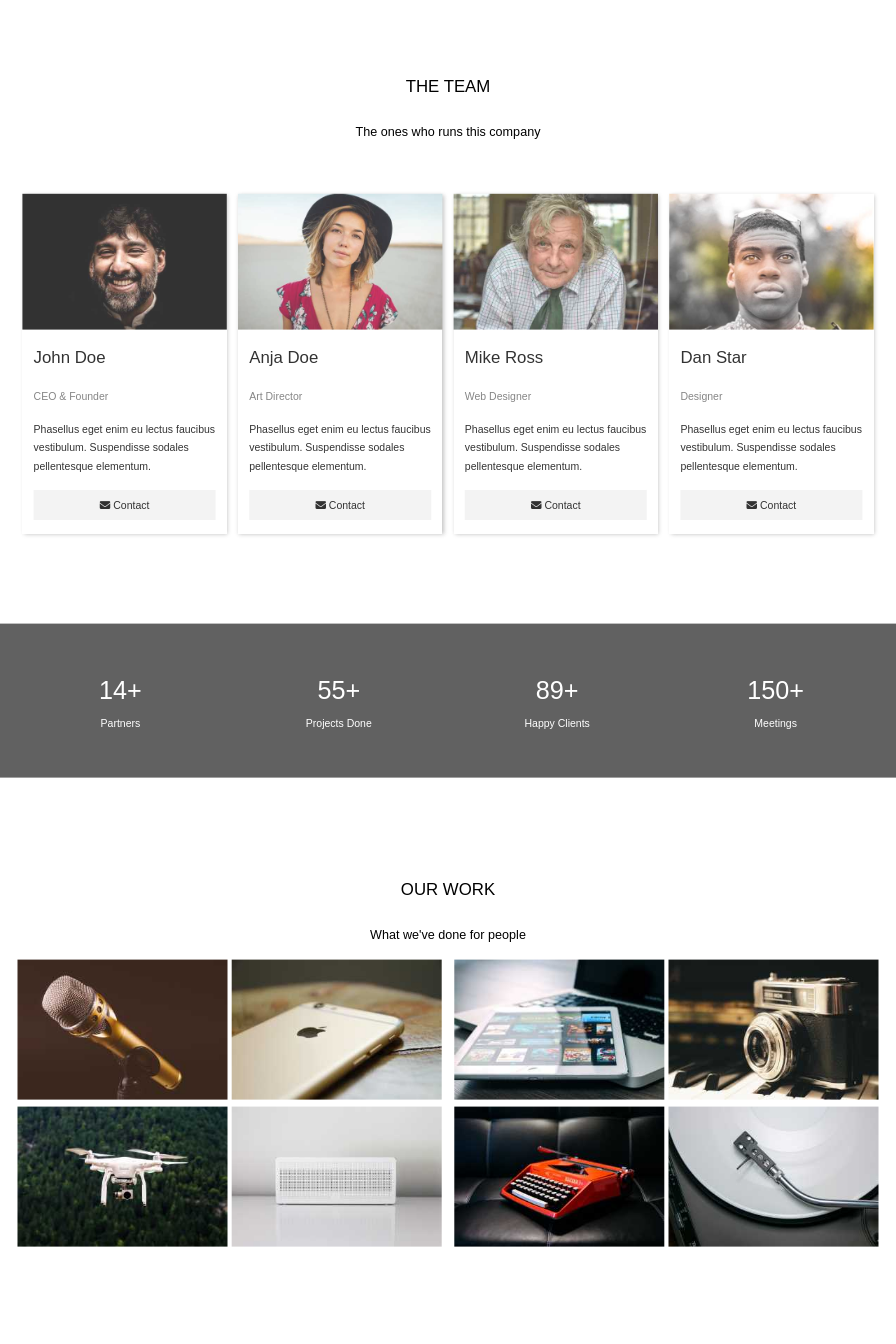
Repository: husterDC/Test
Page: index.html
These files come from the project's save history. The page is drawn as it stood at one moment and after the next save; the edit follows.
The browser window is 1280 px wide. The pictures show the part of the page from y = 2287 to 4207 px (the page is 4207 px tall before and 4196 px after), at 70% of full size.

Above is the page before, as saved 2022-10-13 16:23:17.

After the next save:
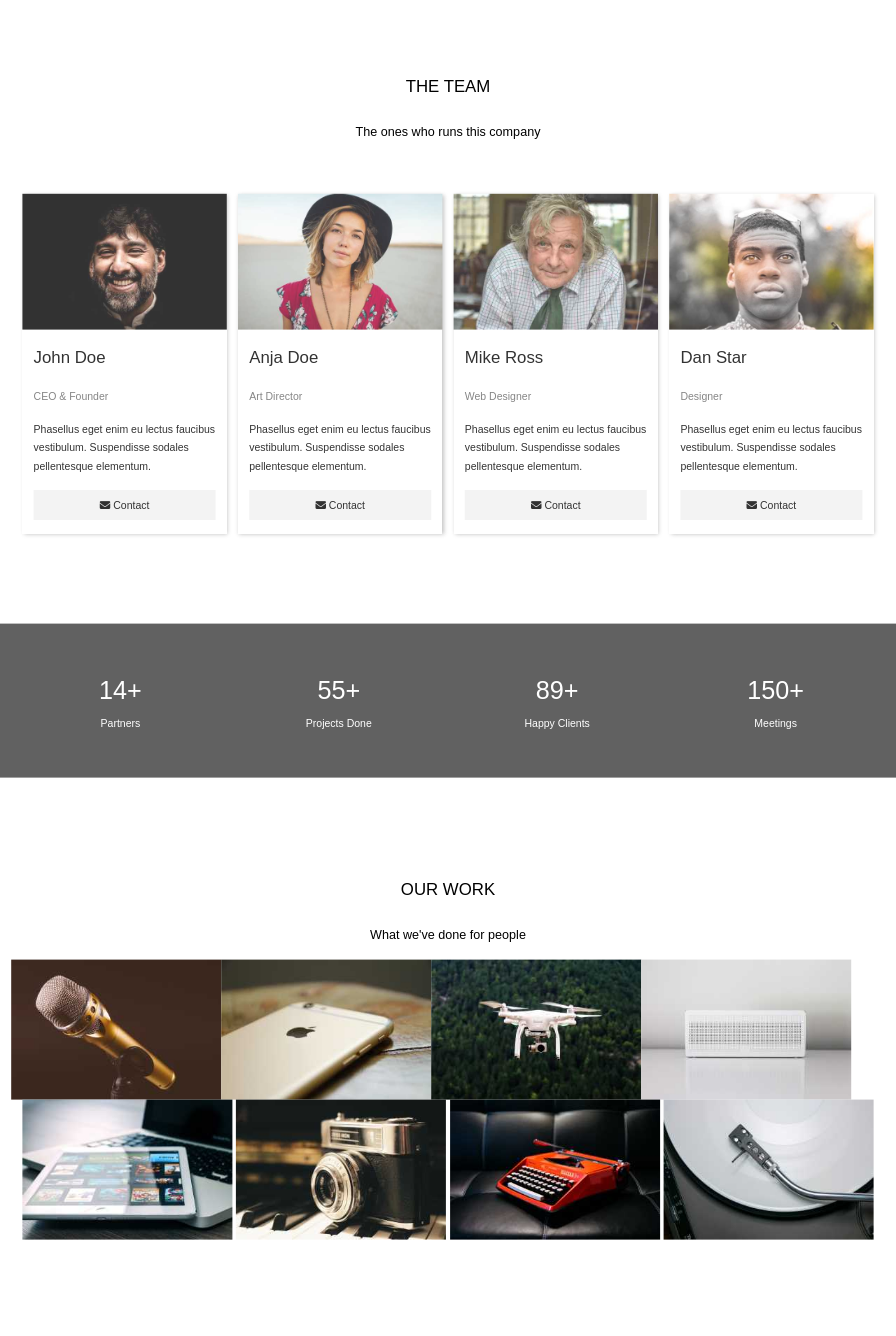
Saved 29 s later.
--- a/assets/style.css
+++ b/assets/style.css
@@ -236,5 +236,7 @@
 }
 .container_work-member {
     width: 100%;
-    display: flex;
-}
+}
+.container_work-list {
+    display: flex;
+}
